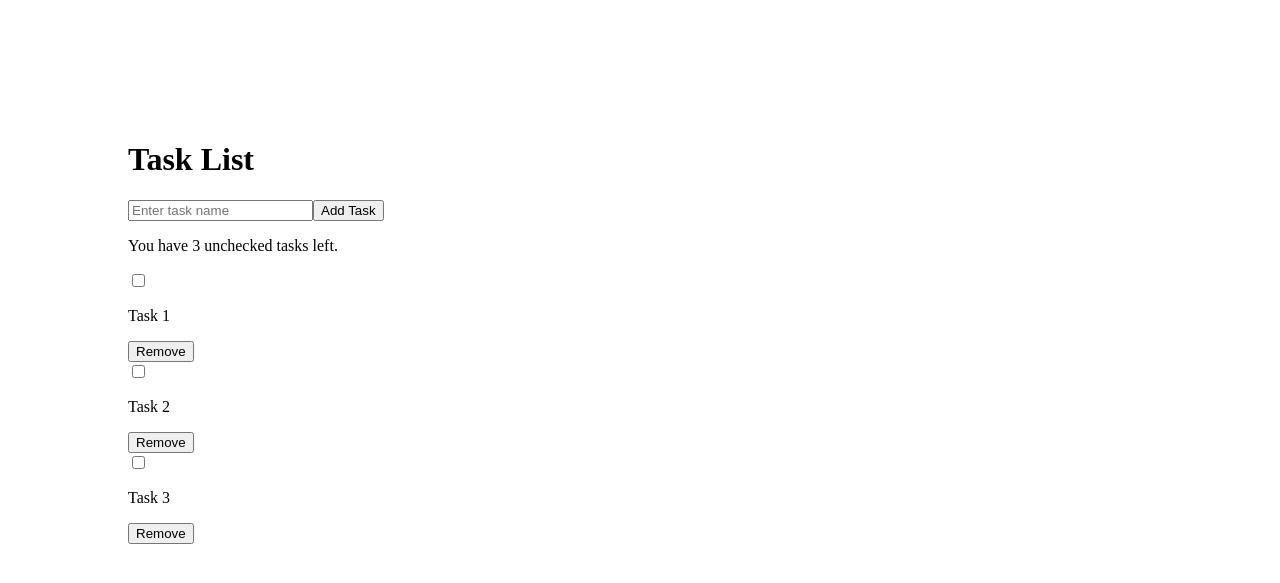
Repository: SandyLy453/task-list
Page: /
These files come from the project's save history. The page is drawn as it stood at one moment and after the next save; the edit follows.
The browser window is 1280 px wide. The pictures show the whole page.
The project was rebuilt for these pictures with package versions that can differ from the ones it lists, and the page was loaded fresh each time. Also part of the build but not shown: vite.config.js.

Above is the page before, as saved 2024-10-11 15:15:34.

### src/App.jsx
import { useState } from 'react';
import Task from './components/Task';
import TaskForm from './components/TaskForm';

function App() {
  const [tasks, setTasks] = useState([
    { name: 'Task 1', checked: false },
    { name: 'Task 2', checked: false },
    { name: 'Task 3', checked: false }
  ]);

  // Function to calculate the number of unchecked tasks
  const getUncheckedCount = () => {
    return tasks.filter((task) => !task.checked).length;
  };

  // Function to add a new task
  const addTask = (taskName) => {
    setTasks([...tasks, { name: taskName, checked: false }]); // New tasks are unchecked by default
  };

  // Function to remove a task
  const removeTask = (taskName) => {
    setTasks(tasks.filter((task) => task.name !== taskName));
  };

  // Function to toggle the task status
  const toggleTaskStatus = (taskName) => {
    const updatedTasks = tasks.map((task) =>
      task.name === taskName ? { ...task, checked: !task.checked } : task
    );
    setTasks(updatedTasks); // Update the task's checked status in the parent state
  };

  return (
    <>
      <div className="container">
        <h1>Task List</h1>
        <TaskForm addTask={addTask} />
        <p>You have {getUncheckedCount()} unchecked tasks left.</p>
        <div>
          {tasks.map((task, index) => (
            <Task
              key={index}
              name={task.name}
              checked={task.checked}
              toggleTaskStatus={toggleTaskStatus}
              removeTask={removeTask}
            />
          ))}
        </div>
      </div>
    </>
  );
}

export default App;

### src/index.css
.container {
  padding: 20px;
  margin: 100px;
}

### src/components/Task.jsx
import { useRef, useEffect } from "react";

export default function Task({ name, checked, removeTask, toggleTaskStatus }) {
  const checkboxRef = useRef(null);
  const taskNameRef = useRef(null);

  useEffect(() => {
    const checkbox = checkboxRef.current;
    const crossText = taskNameRef.current;

    // Handle the initial checked state
    if (checked) {
      checkbox.checked = true;
      crossText.style.textDecoration = "line-through";
    } else {
      checkbox.checked = false;
      crossText.style.textDecoration = "none";
    }

    const handleCheckBoxChange = () => {
      // Call the function passed from the parent to toggle the checked status
      toggleTaskStatus(name);
    };

    checkbox.addEventListener("change", handleCheckBoxChange);

    return () => {
      checkbox.removeEventListener("change", handleCheckBoxChange);
    };
  }, [name, checked, toggleTaskStatus]);

  return (
    <>
      <div className="task">
        <label>
          <input type="checkbox" ref={checkboxRef} />
        </label>
        <p ref={taskNameRef}>{name}</p>
        <button className="task-delete" onClick={() => removeTask(name)}>
          Remove
        </button>
      </div>
    </>
  );
}

### src/components/TaskForm.jsx
import { useState } from "react";

export default function TaskForm({ addTask }) {
  const [inputValue, setInputValue] = useState("");

  const handleSubmit = (e) => {
    e.preventDefault();
    if (inputValue.trim() !== "") {
      addTask(inputValue);
      setInputValue(""); // clear the input
    }
  };

  return (
    <form onSubmit={handleSubmit}>
      <input
        type="text"
        value={inputValue}
        onChange={(e) => setInputValue(e.target.value)}
        placeholder="Enter task name"
      />
      <button type="submit">Add Task</button>
    </form>
  );
}

Loaded but not shown: index.html (common file); src/main.jsx (common file)

After the next save:
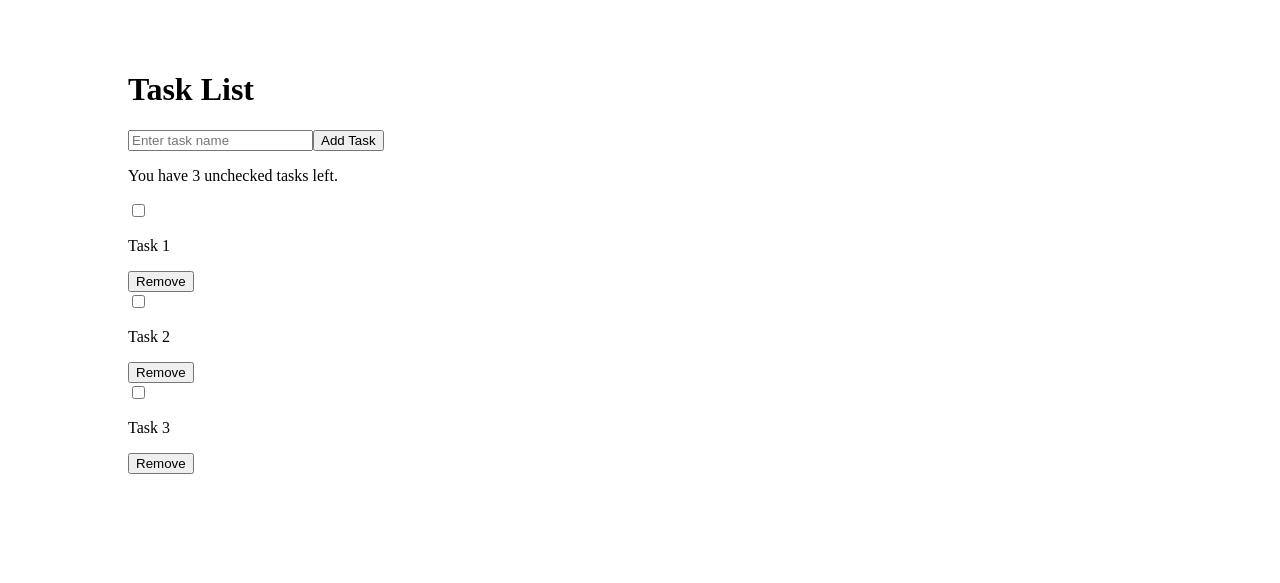
Saved 10 s later.
--- a/src/index.css
+++ b/src/index.css
@@ -1,4 +1,4 @@
 .container {
   padding: 20px;
-  margin: 100px;
+  margin: 30px 100px;
 }
